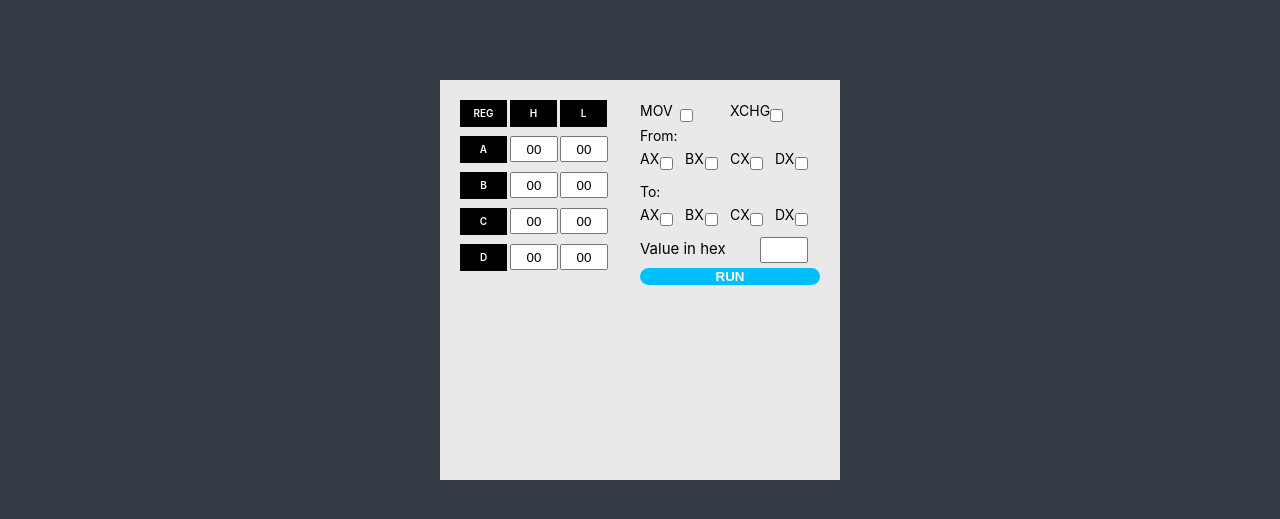
Repository: piookr-wsei/8086
Page: /
An editor plug-in stored every save of this project. The page is shown before and after the next save, followed by the edit.
The browser window is 1280 px wide. The pictures show the whole page.
The project was rebuilt for these pictures with package versions that can differ from the ones it lists, and the page was loaded fresh each time.

Above is the page before, as saved 2022-06-19 00:09:33.

### src/App.js
import React from 'react';
import { useState } from 'react';
import './App.css';
import { RegDesc, RegInput, RegWrapper, UiWindow, UiWrapper, SettingsWrapper, Labels, CheckWrapper, OpBox, LineWrap, NumDesc, RegChWrapper, Run } from './Components/Components.elements';


function App() {

  const xchg="xchg";
  const mov="mov"

  const [movChecked, setMovChecked] = useState(false);

  const [xchgChecked, setXchgChecked] = useState(false);

  const [opChosen,setOpChosen] = useState(null)

  function HandleCheck(name){
    if(name=="mov"){
      setMovChecked(!movChecked)
      setXchgChecked(false)
      setCheckLimit(1)
      setCheckedBoxes([false,false,false,false,false,false,false,false])
      setCheckCurrent(0)
    }
    else if(name=="xchg"){
      setXchgChecked(!xchgChecked)
      setMovChecked(false)
      setCheckLimit(2)
      setCheckedBoxes([false,false,false,false,false,false,false,false])
      setCheckCurrent(0)
    }
    else{
      let tempArray = checkedBoxes
      if(tempArray[name]==true)
      {
        tempArray[name]=!tempArray[name]
        console.log(tempArray[name])
        setCheckCurrent((checkCurrent => {return(checkCurrent - 1)}))
      }
      else if(tempArray[name]==false && checkCurrent<checkLimit)
      {
        tempArray[name]=!tempArray[name]
        console.log(tempArray[name])
        setCheckCurrent((checkCurrent => {return(checkCurrent + 1)}))
      }
      else{
        return
      }
      setCheckedBoxes(tempArray)
    }

    setOpChosen(name)
  }

  const [checkLimit, setCheckLimit] = useState(0);
  const [checkCurrent, setCheckCurrent] = useState(0);
  const [checkedBoxes, setCheckedBoxes] = useState([false,false,false,false,false,false,false,false])
  const [tempString, setTempString] = useState("")


function OpChange(){
  return(
    <>
    <Labels>
      <CheckWrapper>
        MOV
        <OpBox type="checkbox"  checked={movChecked} onClick={() => HandleCheck(mov)} id="MOV"/>
      </CheckWrapper>
      <CheckWrapper style={{position:"relative", left:"10px"}}>
        XCHG
        <OpBox type="checkbox" checked={xchgChecked} onChange={() => HandleCheck(xchg)} id="XCHG" name="XCHG"/>
      </CheckWrapper>
    </Labels>
    </>
    )
  }

  const [text, setText]=useState({topText:""});

  function handleChange(event){
    const name = event.target.name
    if(event.target.value.length==0){
      setText(oldText => {
        return({
          ...oldText,
          [name]:event.target.value

      })}
      )}
    else{
    console.log(event.target.value[event.target.value.length-1])
    event.target.value=event.target.value.toUpperCase()
    setText(oldText => {
      if(event.target.value[event.target.value.length-1].match(/^(1|2|3|4|5|6|7|8|9|A|B|C|D|E|F)$/)){
      return({
        ...oldText,
        [name]:event.target.value

    })}
    else{return oldText}
  })}
}

function Compile(){
  if(setMovChecked==true && checkCurrent==1){

  }
  else if(setXchgChecked==true && checkCurrent==2){

  }
  else
  return
}


const [regValues,setRegValues] = useState(["00","00","00","00","00","00","00","00"])



  return (
    <div className="App">
      <UiWindow>
        <UiWrapper>
          <RegWrapper>
            <RegDesc textContent={"REG"}/>  <RegDesc textContent={"H"}/>  <RegDesc textContent={"L"}/>

            <RegDesc textContent={"A"}/>  <RegInput  readOnly value={regValues[0]}/> <RegInput  readOnly value={regValues[1]}/>
            <RegDesc textContent={"B"}/>  <RegInput  readOnly  value={regValues[2]}/> <RegInput  readOnly  value={regValues[3]}/>
            <RegDesc textContent={"C"} />  <RegInput  readOnly  value={regValues[4]}/> <RegInput  readOnly  value={regValues[5]}/>
            <RegDesc textContent={"D"}/>  <RegInput  readOnly  value={regValues[6]}/> <RegInput  readOnly  value={regValues[7]}/>
          </RegWrapper>

          <SettingsWrapper>

              <OpChange/>
              <LineWrap>From:</LineWrap>
              <RegChWrapper>
                <CheckWrapper>
                  AX<OpBox type="checkbox" checked={checkedBoxes[0]} onChange={() => HandleCheck(0)}/>
                </CheckWrapper>
                <CheckWrapper>
                  BX<OpBox type="checkbox" checked={checkedBoxes[1]} onChange={() => HandleCheck(1)}/>
                </CheckWrapper>
                <CheckWrapper>
                  CX<OpBox type="checkbox" checked={checkedBoxes[2]} onChange={() => HandleCheck(2)}/>
                </CheckWrapper>
                <CheckWrapper>
                  DX<OpBox type="checkbox" checked={checkedBoxes[3]} onChange={() => HandleCheck(3)}/>
                </CheckWrapper>
              </RegChWrapper>
              <LineWrap>To:</LineWrap>
              <RegChWrapper>
                <CheckWrapper>
                  AX<OpBox type="checkbox" checked={checkedBoxes[4]} onChange={() => HandleCheck(4)}/>
                </CheckWrapper>
                <CheckWrapper>
                  BX<OpBox type="checkbox" checked={checkedBoxes[5]} onChange={() => HandleCheck(5)}/>
                </CheckWrapper>
                <CheckWrapper>
                  CX<OpBox type="checkbox" checked={checkedBoxes[6]} onChange={() => HandleCheck(6)}/>
                </CheckWrapper>
                <CheckWrapper>
                  DX<OpBox type="checkbox" checked={checkedBoxes[7]} onChange={() => HandleCheck(7)}/>
                </CheckWrapper>
              </RegChWrapper>

              <LineWrap>
              <NumDesc textContent={"Value in hex"}/>  <RegInput type="text" id="field-1" className="field" name="topText" onChange={handleChange}  maxLength={2} style={{width:"40px"}}  value={text.topText}/>

              </LineWrap>
              <Run>RUN</Run>
          </SettingsWrapper>



        </UiWrapper>
      </UiWindow>

    </div>
  );
}

export default App;

### src/App.css
body{
  height: 100%;
  background: rgba(1, 10, 22, 0.8);
}

.App-logo {
  height: 40vmin;
  pointer-events: none;
}

@media (prefers-reduced-motion: no-preference) {
  .App-logo {
    animation: App-logo-spin infinite 20s linear;
  }
}

.App-header {
  background-color: #282c34;
  min-height: 100vh;
  display: flex;
  flex-direction: column;
  align-items: center;
  justify-content: center;
  font-size: calc(10px + 2vmin);
  color: white;
}

.App-link {
  color: #61dafb;
}

@keyframes App-logo-spin {
  from {
    transform: rotate(0deg);
  }
  to {
    transform: rotate(360deg);
  }
}

### src/Components/Components.elements.js
import styled from "styled-components";

export const UiWindow = styled.div`
    height: 400px;
    width: 400px;
    background: rgb(233,233,233);
    position: relative;
    margin: auto;
    top: 80px;
`

export const UiWrapper = styled.div`
    border: 20px solid transparent;
    display: grid;
    grid-template-columns: 1fr 1fr;
    grid-template-rows: 180px 209px;
`

export const RegWrapper = styled.div`
    width: 180px;
    //background: rgba(0,0,0,0.1);
    position: relative;
    left: 0;
    display: grid;
    grid-template-columns: 50px 50px 50px;
`

export const RegInput = styled.input`
    height: 20px;
    width: 40px;
    margin-bottom:5px;
    text-align: center;
`

export const SettingsWrapper = styled.div`
    width: 180px;
    //background: rgba(0,0,0,0.1);
    position: relative;
    right: 0;
    display: grid;
    grid-template-columns: 180px;
    //border: solid 1px black;
    font-size: 14px;
    line-height: 22px;
    grid-template-rows: 24px 24px 32px 24px repeat(auto-fit, 32px);

`

export const RegDescSC = styled.div`
    height: 27px;
    width: 47px;
    background: black;
    margin-bottom:5px;
    color: white;
    font-weight: 600;
`

export const DescText = styled.p`
    font-size: 10px;
    text-align: center;
    position: relative;
    top: -3px;
`

export function RegDesc(props){
    return(
        <RegDescSC>
            <DescText>{props.textContent}</DescText>
        </RegDescSC>
    )
}

export const Labels = styled.div`
    display: grid;
    grid-template-columns: 80px 80px;
`

export const CheckWrapper = styled.div`

    min-width: 30px;
    max-width: 65px;
    height: 25px;
    display: flex;
    justify-content: space-between;
`

export const OpBox = styled.input`
    vertical-align: "middle";
    position: relative;
    top: 3px;
    left: -9px;
`

export const LineWrap = styled.div`
    width: 180px;
    display: flex;
    align-items: center;
`

export const NumSC = styled.div`
    width: 120px;
    text-align: left !important;
`

export function NumDesc(props){
    return(
        <NumSC>
            <DescText style={{textAlign: "left", fontSize:"15px"}}>{props.textContent}</DescText>
        </NumSC>
    )
}

export const RegChWrapper = styled.div`
width: 180px;
display: grid;
grid-template-columns: 45px 45px 45px 45px ;
`

export const Run = styled.button`
width: 180px;
border-radius: 10px;
border:transparent 4px;
background-color: #00bfff;
margin: 0px auto 4px auto;
font-weight: 700;
color: white;
cursor: pointer;
&:hover {


  }
`

Loaded but not shown: public/index.html (common file); src/index.js (common file); src/index.css (common file); src/reportWebVitals.js (common file)

After the next save:
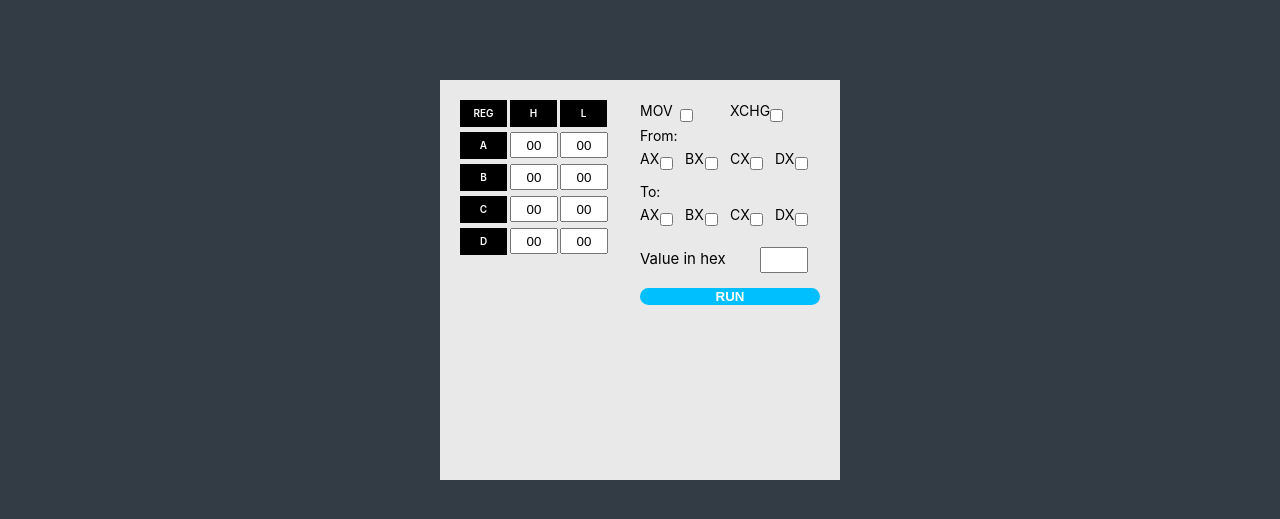
Saved 5 s later.
--- a/src/Components/Components.elements.js
+++ b/src/Components/Components.elements.js
@@ -13,7 +13,7 @@ export const UiWrapper = styled.div`
     border: 20px solid transparent;
     display: grid;
     grid-template-columns: 1fr 1fr;
-    grid-template-rows: 180px 209px;
+    grid-template-rows: 160px 209px;
 `
 
 export const RegWrapper = styled.div`
